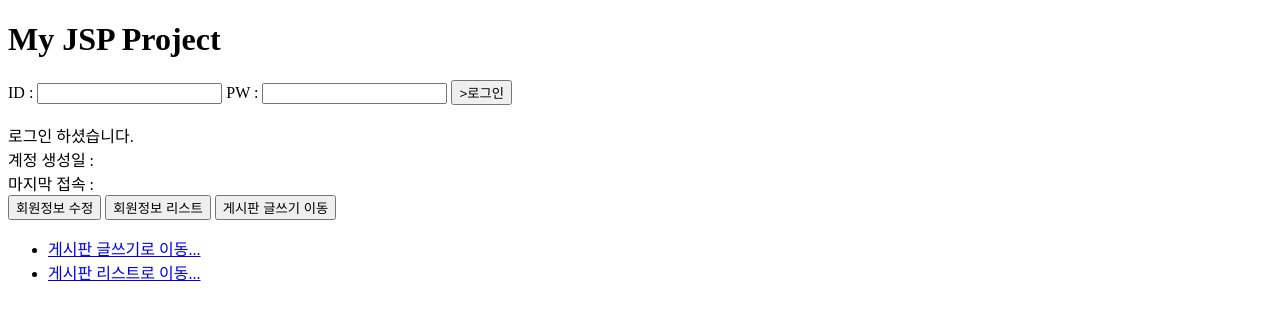
Repository: Leesunghoon1/paging
Page: http://localhost/jsp_project/
These files come from the project's save history. The page is drawn as it stood at one moment and after a run of saves; the edit follows.
The browser window is 1280 px wide. The pictures show the whole page.
The page is served by Tomcat 9. The template is opened directly, without the code that normally fills it, so the values that code supplies are empty.

Above is the page before, as saved 2023-09-13 08:37:39.

After the next 2 saves:
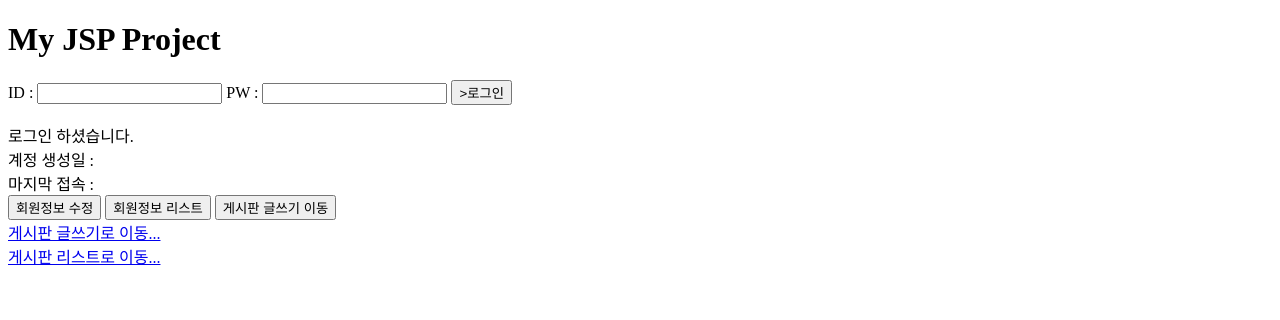
The 2 saves are shown as one change because they came seconds apart.
The last was saved 14 s later.
--- a/jsp_project/src/main/webapp/index.jsp
+++ b/jsp_project/src/main/webapp/index.jsp
@@ -25,13 +25,8 @@
 					<a href="/board/register.jsp"><button>게시판 글쓰기 이동</button></a>
 		</c:if>
 		</div>
-	<ul>
-	<li>
 		<a href="/brd/register">게시판 글쓰기로 이동...</a>
-	</li>
-	<li>
+		<br>
 		<a href="/brd/list">게시판 리스트로 이동...</a>
-	</li>
-	</ul>
 </body>
 </html>
